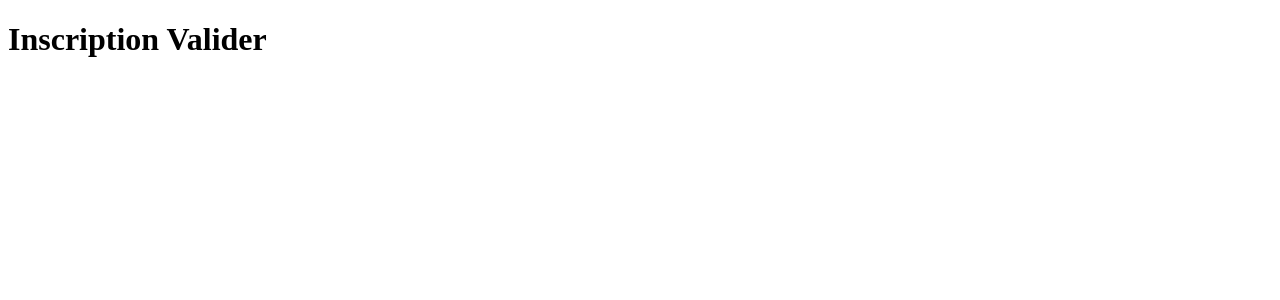
Repository: SenhajiMahmoud/SalimGest
Page: http://localhost/GestPizz/views/repCandidat.jsp
These files come from the project's save history. The page is drawn as it stood at one moment and after the next save; the edit follows.
The browser window is 1280 px wide. The pictures show the whole page.
The page is served by Tomcat 9.

Above is the page before, as saved 2016-02-08 19:33:53.

After the next save:
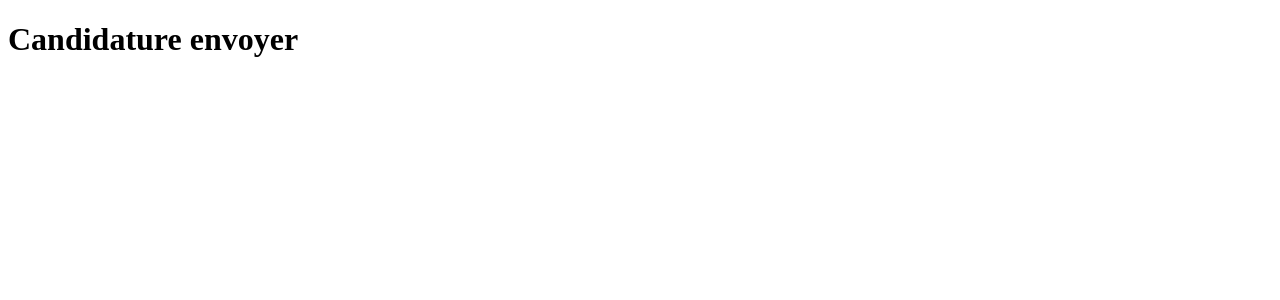
Saved 35 s later.
--- a/GestPizzeria/GestPizz/src/main/webapp/views/repCandidat.jsp
+++ b/GestPizzeria/GestPizz/src/main/webapp/views/repCandidat.jsp
@@ -7,6 +7,6 @@
 <title>Insert title here</title>
 </head>
 <body>
-	<h1>Inscription Valider</h1>
+	<h1>Candidature envoyer</h1>
 </body>
 </html>
